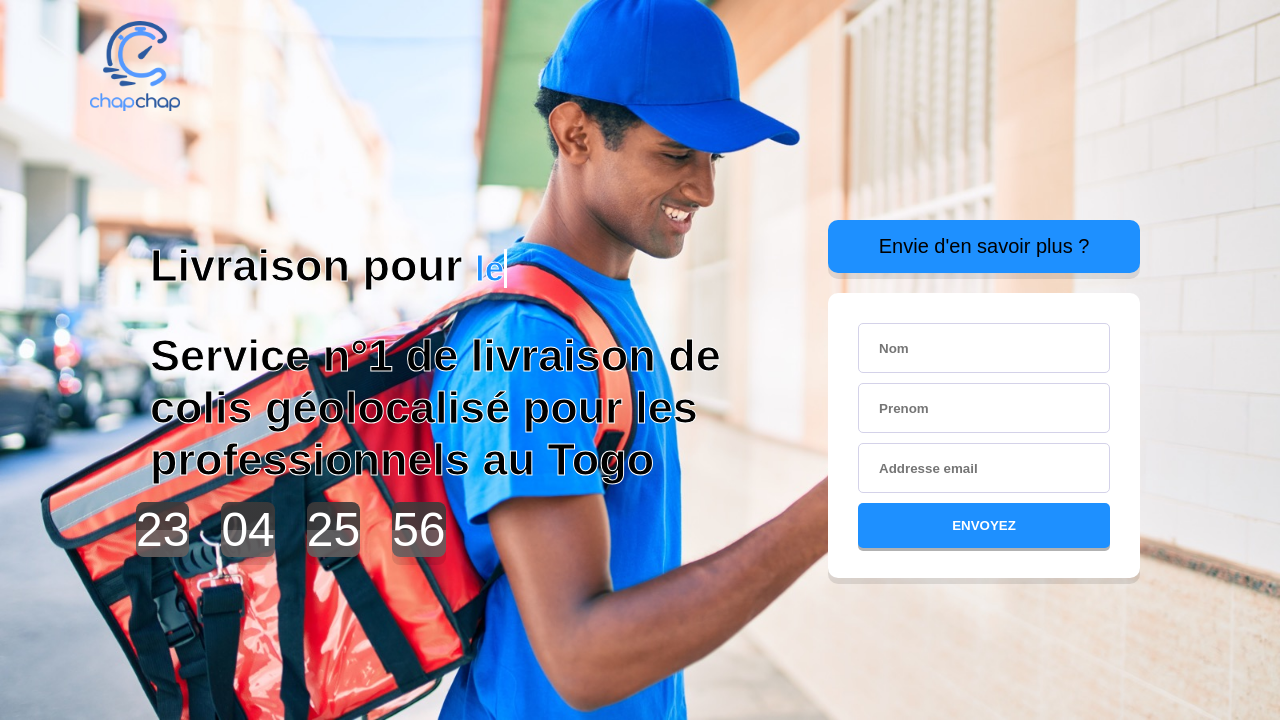
Repository: lawalalao/landpage
Page: index.html
These files come from the project's save history. The page is drawn as it stood at one moment and after the next save; the edit follows.
The browser window is 1280 px wide. The pictures show the whole page.
Some web fonts or font styles are not loaded; a fallback is used.

Above is the page before, as saved 2021-01-14 17:53:56.
Console error: TypeError: Cannot read properties of null (reading 'addEventListener')

### index.html
<!DOCTYPE html>
<html lang="en">
<head>
    <meta charset="UTF-8">

    <meta name="viewport" content="width=device-width, initial-scale=1.0">
     <link rel="shortcut icon" type="image/x-icon" href="./assets/icone.png">
    <meta http-equiv="refresh" content="30">
    <link rel="preconnect" href="https://fonts.gstatic.com">
    <link href="https://fonts.googleapis.com/css2?family=Allerta+Stencil&display=swap" rel="stylesheet">
    <link rel="stylesheet" href="style.css">
    <title>chapchap</title>
     <meta name="description" content="Service n°1 de livraison de colis géolocalisé pour les professionnels au Togo.comingsoon">
</head>
<body>

        <div class="nav" id="navbar">
            <nav class="navbar navbar-light bg-light">
            <a class="navbar-brand" href="#">
                <img src="./assets/logo.png" width="90" height="90" alt="logo" loading="lazy">
            </a>
            </nav>
        </div>

    <section class="signup">
        <div class="signup-intro">
            <h1 class="z">Livraison pour
                <span class="txt-type" data-wait="500" data-words='["les colis", "les plis", "les marchandises", "le retail", "le dernier Kilometre"]'></span>
            </h1>
            <h1 class="x">Service n°1 de livraison de colis géolocalisé pour les professionnels au Togo</h1>
            <div class="countdown"></div>

        </div>

        <div class="signup-form">
            <div class="tryit-banner">
                <p>Envie d'en savoir plus ? </p>
            </div>

            <form action="https://formspree.io/f/xleollba" method="POST"">
                <input type="text" name="name" placeholder="Nom">
                <input type="text" name="name" placeholder="Prenom">
                <input type="email" name="_replyto"placeholder="Addresse email" required>

                <button class="button">Envoyez</button>

            </form>
        </div>
    </section>
</body>
<script src="./app.js"></script>
</html>

### style.css
body {
    font-family: 'Allerta Stencil',
    sans-serif;
    max-width: 310px;
    margin: 0 auto;
    padding: 20px 20px;
    background: url("./assets/image.jpeg") center no-repeat;
    background-repeat: no-repeat;
    background-size: cover;
    color: Black;
    text-align: center;
}
.nav {
    margin-top: 30px;
    position: fixed;
    z-index: 1000;
    top: 0;
    right: 30px;
    left: 40px;
    height: 35px;
    display: flex;
    flex-direction: row;
    justify-content: space-between;
    align-items: center;
    padding: 0 25px 0 25px;
    background-color: transparent;
    transition: top 0.3s;


}

.z{
    margin-top: 70px;
}
.nav a {
    float: left;
    font-size: 28px;
    font-weight: bold;
    margin-left: 25px;
    color: black;
    text-decoration: none;

}
.txt-type>.txt {
    font-size: 35px;
    color: #1E90FF;
    border-right: 0.2rem solid white;
}
h1{
     -webkit-text-stroke: 1px white;
     color:black;
}
p {
    font-size: 14px;
}

.tryit-banner {
    background-color:#1E90FF;
    border-radius: 10px;
    margin-top: 50px;
    box-shadow: 0px 6px 0px rgba(0, 0, 0, 0.1);
    font-size: 14px;
}

.tryit-banner p {
    padding: 15px 0;
}

input, button {
    font-family: 'Allerta Stencil',
    sans-serif;
}

form {
    background-color: #fff;
    margin-top: 20px;
    display: flex;
    flex-direction: column;
    padding: 20px;
    border-radius: 10px;
    box-shadow: 0px 6px 0px rgba(0, 0, 0, 0.1);
}

input {
    box-sizing: border-box;
    width: 100%;
    height: 50px;
    padding-left: 20px;
    font-weight: 600;
    border: 1px solid hsl(245, 35%, 87%);
    border-radius: 5px;
    margin-bottom: 10px;
    transition: 0.1s;
}

input:hover {
    border: 1px solid hsl(246, 25%, 77%);
}

.button {
    background-color:#1E90FF;
    font-family: 'Allerta Stencil',
    sans-serif;
    border: none;
    border-radius: 5px;
    box-shadow: 0px 3px 0px rgba(0, 0, 0, 0.3);
    padding: 15px 0;
    text-transform: uppercase;
    color: #fff;
    font-weight: 600;
    transition: 0.5s;
}

.button:hover {
    background-color:#042b52;
}

.form-disclaimer {
    color: hsl(246, 25%, 77%);
    font-size: 10px;
}

.terms {
    text-decoration: none;
    font-weight: 600;
    color: hsl(0, 100%, 74%);
}
 .countdown {

    display: flex;
    margin-left: -30px;

    font-size: 30px;
     font-weight: 200;

 }

 .countdown div {

     background: linear-gradient(to bottom,
             rgba(61, 58, 58, 0.9) 50%,
             rgba(99, 93, 93, 0.9) 0);


     color: white;

     margin: 1rem 1rem 3rem 1rem;
     font-size: 3rem;
     font-weight: 400;
     display: flex;
     justify-content: center;
     align-items: center;
     box-shadow: 0px 8px 0px rgba(0, 0, 0, 0.1);
     border-radius: 8px;

     position: relative;
 }

 .countdown div::before {
     content: "";
     position: absolute;

     height: 0.24rem;
     background-color: #17181b;
 }

 .countdown div::after {
     content: attr(data-content);
     font-size: 6rem;
     font-weight: 400;
     position: absolute;
     bottom: -6rem;
 }

 @media screen and (min-width: 480px) {
     .countdown {
         font-size: 25px;
         display: flex;

     }
      .signup-intro .z h1 {
          margin-top: 150px;
      }
     .countdown div {
         display: flex;
         margin: 1rem 1rem 1rem 1rem;
         font-size: 2rem;
         flex-direction: column;
     }

     .countdown div::after {
         font-size: 2rem;
         display: flex;
         flex-direction: column;
         width: 60%;

     }
 }

 @media screen and (min-width: 768px) {
     .countdown {
         font-size: 56px;


     }

     .countdown {
         font-size: 25px;
         display: flex;

     }

     .countdown div {
         display: flex;
         margin: 1rem 1rem 1rem 1rem;
         font-size: 3rem;
         flex-direction: column;
     }

     .countdown div::after {
         font-size: 2.2rem;
         display: flex;
         flex-direction: column;
         width: 60%;

     }

     .signup {
         text-align: center;
     }
 }

 @media screen and (min-width: 1024px) {
     header .content .countdown {
         font-size: 72px;

     }
 }

 @media screen and (min-width: 1280px) {
     .content .countdown {
         font-size: 56px;
     }
 }
@media screen and (min-width: 900px) {
    .nav{
        height: 80px;
    }
    .nav a {
        float: left;
        font-size: 40px;
        font-weight: bold;
        margin-left: 25px;
        color: black;
        text-decoration: none;

    }
    .signup {
        display: flex;
        justify-content: space-between;
    }

    .signup-intro {
        margin-top: 25px;
        width: 100%;
        margin-left: 10px;
        display: flex;
        flex-direction: column;
        justify-content: center;
        text-align: left;
    }

    .signup-form {
        width: 46%;
        font-family: 'Allerta Stencil',
        sans-serif;
        margin-top: 30px;
    }

    form {
        padding: 30px;
    }

    body {
        margin:100px auto;
        max-width: 1000px;
        padding: 40px 20px;
        background: url("./assets/image.jpeg") ;
        background-repeat: no-repeat;
        background-size: cover;
        font-family: 'Allerta Stencil',
        sans-serif;
    }

    h1 {
        font-size:45px;
        margin-bottom: 0px;
        -webkit-text-stroke: 1px white;
        color:black;
    }

    p {
        font-size: 20px;
    }
}

### app.js
const countdown = document.querySelector(".countdown");

const interval = setInterval(() => {
  const deadline = new Date(2021,01, 05, 00, 00, 00);

  const current = new Date();

  const diff = deadline - current;

  const days = Math.floor(diff / (1000 * 60 * 60 * 24)) + "";
  const hours = Math.floor((diff / (1000 * 60 * 60)) % 24) + "";
  const minutes = Math.floor((diff / (1000 * 60)) % 60) + "";
  const seconds = Math.floor((diff / 1000) % 60) + "";

  countdown.innerHTML = `
    <div data-content="">${days.length === 1 ? `0${days}` : days}</div>
    <div data-content="">${hours.length === 1 ? `0${hours}` : hours}</div>
    <div data-content="">${
      minutes.length === 1 ? `0${minutes}` : minutes
    }</div>
    <div data-content="">${
      seconds.length === 1 ? `0${seconds}` : seconds
    }</div>
`;

  if (diff < 0) {
    clearInterval(interval);
    countdown.innerHTML = "<h1>Here We Go!!!</h1>";
  }

  document.querySelector(".reset").addEventListener("click", () => {
    clearInterval(interval);

    const divs = document.querySelectorAll(".countdown div");

    divs.forEach((div) => {
      div.innerHTML = "00";
    });
  });
}, 1000);


// ES6 Class
class TypeWriter {
  constructor(txtElement, words, wait = 3000) {
    this.txtElement = txtElement;
    this.words = words;
    this.txt = '';
    this.wordIndex = 0;
    this.wait = parseInt(wait, 10);
    this.type();
    this.isDeleting = false;
  }

  type() {
    // Current index of word
    const current = this.wordIndex % this.words.length;
    // Get full text of current word
    const fullTxt = this.words[current];

    // Check if deleting
    if(this.isDeleting) {
      // Remove char
      this.txt = fullTxt.substring(0, this.txt.length - 1);
    } else {
      // Add char
      this.txt = fullTxt.substring(0, this.txt.length + 1);
    }

    // Insert txt into element
    this.txtElement.innerHTML = `<span class="txt">${this.txt}</span>`;

    // Initial Type Speed
    let typeSpeed = 300;

    if(this.isDeleting) {
      typeSpeed /= 2;
    }

    // If word is complete
    if(!this.isDeleting && this.txt === fullTxt) {
      // Make pause at end
      typeSpeed = this.wait;
      // Set delete to true
      this.isDeleting = true;
    } else if(this.isDeleting && this.txt === '') {
      this.isDeleting = false;
      // Move to next word
      this.wordIndex++;
      // Pause before start typing
      typeSpeed = 500;
    }

    setTimeout(() => this.type(), typeSpeed);
  }
}


// Init On DOM Load
document.addEventListener('DOMContentLoaded', init);

// Init App
function init() {
  const txtElement = document.querySelector('.txt-type');
  const words = JSON.parse(txtElement.getAttribute('data-words'));
  const wait = txtElement.getAttribute('data-wait');
  // Init TypeWriter
  new TypeWriter(txtElement, words, wait);
}

After the next save:
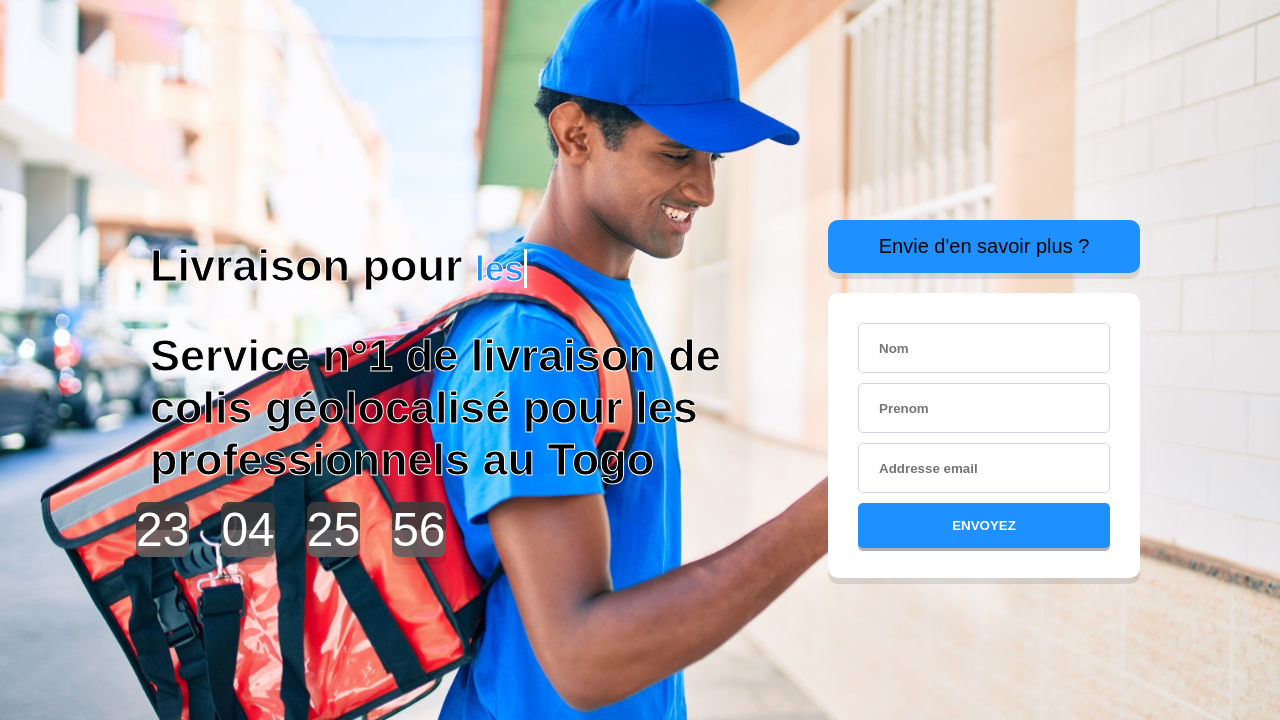
Saved 68 s later.
--- a/index.html
+++ b/index.html
@@ -28,7 +28,7 @@
                 <span class="txt-type" data-wait="500" data-words='["les colis", "les plis", "les marchandises", "le retail", "le dernier Kilometre"]'></span>
             </h1>
             <h1 class="x">Service n°1 de livraison de colis géolocalisé pour les professionnels au Togo</h1>
-            <div class="countdown"></div>
+             <div class="countdown"></div>
 
         </div>
 
@@ -49,4 +49,17 @@
     </section>
 </body>
 <script src="./app.js"></script>
+<script>  var prevScrollpos = window.pageYOffset;
+      window.onscroll = function() {
+
+      var currentScrollpos = window.pageYOffset;
+      if(prevScrollpos > currentScrollpos) {
+            document.getElementById("navbar").style.top = "0";
+      } else {
+            document.getElementById("navbar").style.top = "-400px";
+      }
+
+      prevScrollpos = currentScrollpos;
+
+      }</script>
 </html>
